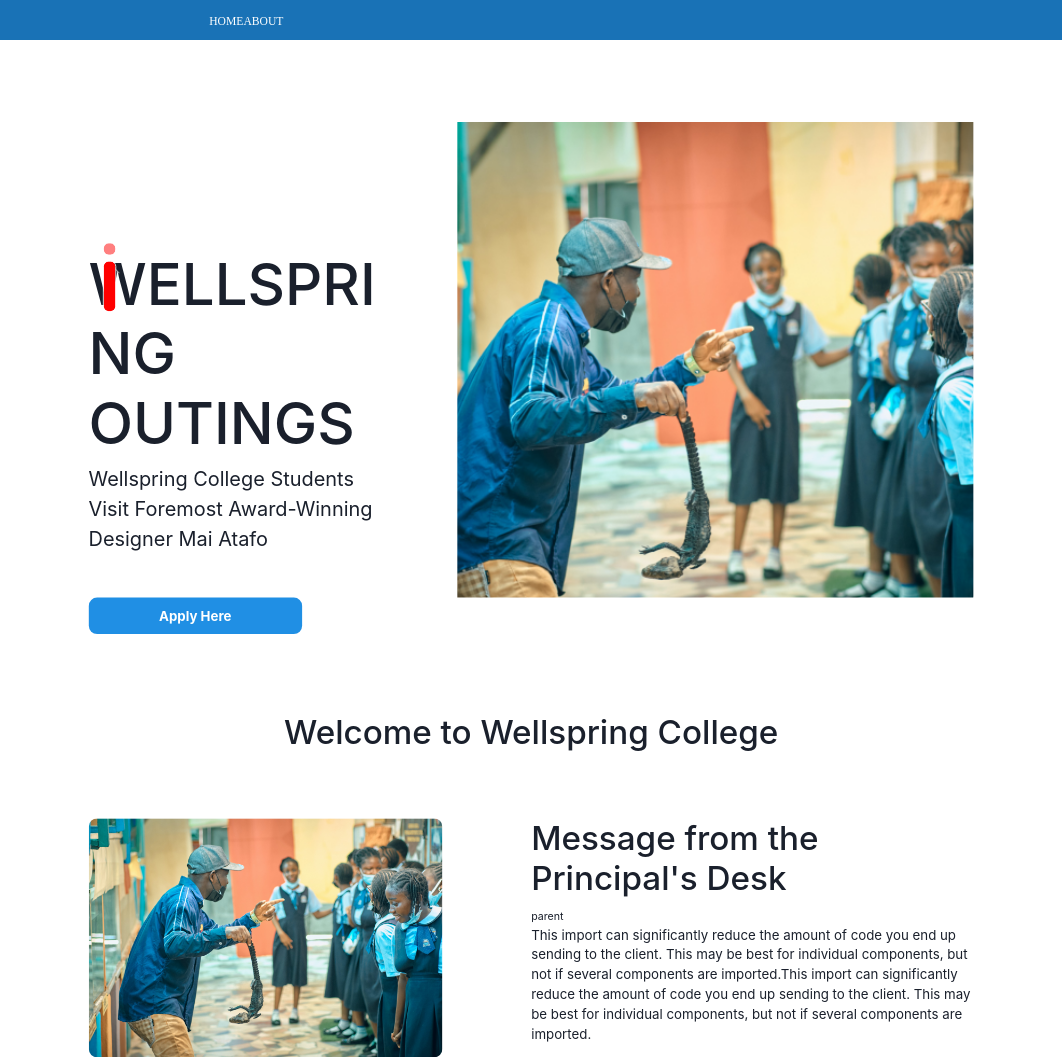
Repository: gr8skills/wellspring-school-forked
Page: /
These files come from the project's save history. The page is drawn as it stood at one moment and after the next save; the edit follows.
The browser window is 1280 px wide. The pictures show the whole page, at 83% of full size.
The project was rebuilt for these pictures with package versions that can differ from the ones it lists, and the page was loaded fresh each time. Also part of the build but not shown: src/components/Navbar/Dropdown.scss, src/components/Navbar/Dropdown.js, src/components/Calendar/Calendar.js, src/components/News/News.js.

Above is the page before, as saved 2022-12-02 00:25:28.

### src/index.css
body {
  /* margin: 0;
  font-family: -apple-system, BlinkMacSystemFont, 'Segoe UI', 'Roboto', 'Oxygen',
    'Ubuntu', 'Cantarell', 'Fira Sans', 'Droid Sans', 'Helvetica Neue',
    sans-serif;
  -webkit-font-smoothing: antialiased;
  -moz-osx-font-smoothing: grayscale; */
}

/* code {
  font-family: source-code-pro, Menlo, Monaco, Consolas, 'Courier New',
    monospace;
} */

### src/App.js
import logo from './logo.svg';
import './App.css';
import { BrowserRouter, Routes, Route, Link, Outlet } from "react-router-dom";
import "bootstrap/dist/css/bootstrap.min.css";

import NavBar from './components/Navbar/Navbar';
import { Home } from './pages/Home/Home';

function App() {
  return (


    <BrowserRouter>
      <NavBar />

      <Routes>
        <Route path="/" element={<Home />} />
        {/* <Route path="users" element={<Users />}>
          <Route path="me" element={<OwnUserProfile />} />
          <Route path=":id" element={<UserProfile />} />
        </Route> */}
      </Routes>
    </BrowserRouter>
  );
}

export default App;

### src/App.css
body{
}

.App {
  text-align: center;
    background-color:black;

}

.App-logo {
  height: 40vmin;
  pointer-events: none;
}

@media (prefers-reduced-motion: no-preference) {
  .App-logo {
    animation: App-logo-spin infinite 20s linear;
  }
}


@keyframes App-logo-spin {
  from {
    transform: rotate(0deg);
  }
  to {
    transform: rotate(360deg);
  }
}

### src/pages/Home/Home.js

import Carousel from "react-bootstrap/Carousel";
import Slider1 from "../../assets/slider1.png";
import Slider2 from "../../assets/slider2.png";
import { Sliders } from "../../components/Sliders/Sliders";
import { Button, ButtonGroup } from "@chakra-ui/react";

import "./_home.scss";
import { AppButton } from "../../components/AppButton/AppButton";
import { Calendar } from "../../components/Calendar/Calendar";
import { News } from "../../components/News/News";
import { AppTab } from "../../components/AppTab/AppTab";
export const Home =()=>{
    return (
      <>
        <div className="home-page-trans col-md-12 flexy">
          <div className="col-md-1">&nbsp;</div>
          <div className="col-md-10">
            {" "}
            <Carousel fade>
              <Carousel.Item>
                <div className="col-md-12 flexy">
                  <div className="col-md-4 slider-label">
                    <h1>Beyond the Classroom</h1>
                    <p>
                      Wellspring College Students Visit Foremost Award-Winning
                      Designer Mai Atafo
                    </p>
                  </div>
                  <div className="col-md-1">&nbsp;</div>
                  <div className="col-md-7">
                    <img
                      className="col-md-12 imgCaro"
                      src={Slider1}
                      alt="Scholar"
                    />
                  </div>
                </div>
              </Carousel.Item>

              <Carousel.Item>
                <div className="col-md-12 flexy">
                  <div className="col-md-4 slider-label">
                    <h1>WELLSPRING OUTINGS</h1>
                    <p>
                      Wellspring College Students Visit Foremost Award-Winning
                      Designer Mai Atafo
                    </p>
                  </div>
                  <div className="col-md-1">&nbsp;</div>

                  <div className="col-md-7">
                    <img
                      className="col-md-12 imgCaro"
                      src={Slider2}
                      alt="Scholar"
                    />
                  </div>
                </div>
              </Carousel.Item>
            </Carousel>
            <AppButton text="Apply Here" />
            {/* <Calendar month="Nov" day="10" year="2022" event="Open Day" time="10:00am-3:00pm"/> */}
            {/* <News date="August 29th, 2022" message="Wellspring College celebrates it's 17th Valedictory Service and Graduation Ceremony" url=""/> */}
            <AppTab />
          </div>
        </div>
        <div className="col-md-12 welcome-message-title">
          <Sliders
            header="Welcome to Wellspring College"
            message="This import can significantly reduce the amount of code you end up sending to the client. This may be best for individual components, but not if several components are imported.This import can significantly reduce the amount of code you end up sending to the client. This may be best for individual components, but not if several components are imported."
            sliderImg={Slider2}
            title="Message from the Principal's Desk"
            speaker="parent"
          />
        </div>
      </>
    );
}

### src/components/Navbar/MenuItems.js
export const navMenus = {
    about: [
        // {title: 'About ' + process.env.REACT_APP_SITE_NAME, path: '/about', cName: 'dropdown-link'},
        // {title: 'Administrator’s Message', path: '/about/administrators-message', cName: 'dropdown-link'},
        // {title: 'Proprietor’s Message', path: '/about/proprietors-message', cName: 'dropdown-link'},
        // {title: 'History of the School', path: '/about/history', cName: 'dropdown-link'},
        // {title: 'Contact Us', path: '/about/contact-us', cName: 'dropdown-link'},
    ]
}

export default navMenus;

### src/components/Navbar/NavBar.module.css


.navCont{
    position: relative;
    /* display: flex; */
    width:25%;
    /* justify-content: space-between; */
    /* margin: 0 auto; */
    /* max-height: 5rem; */
    padding-left:220px;

}

.nav-links{
    font-size:10px !important;
}


.imgCont{
    position: relative;
}

/* .imgContent{
    position: absolute;
    z-index: 1;
    height: 6vw;

} */

/* .btnPortal{
    background-color: #4CA14900;
    color: #fff;
    height: 2.5rem;
    width: 7rem;
    font-size: 18px;
    border-radius: 5px;
    position: relative;
    outline: 0;
    border: 0;
    transition: 1.5s scale linear;
} */

/* .btnPortal:focus{
    outline: 0;
    border: 0;
} */

/* .btnPortal:hover{
    transform: scale(1.02);
    background-color: #4CA149CF;
} */

/* .fIcon{
    width: 30px;
    height: 30px;
    padding: 5px 5px;
    transform: translate(-6px, -1px);
} */

/* @media screen and (max-width: 960px) {
    .navCont{
        position: relative;
        display: flex;
        width: 100%;
        justify-content: space-between;
        margin: 0 auto;
        max-height: 5rem;

    }

    .imgContent{
        position: absolute;
        z-index: 1;
        height: 16vw;

    }

}


 */

### src/components/Navbar/_navbar.scss
@import "../../variables";





.navContainer{
    background:$themecolor;
    min-height: 3rem;
    position: fixed;
    z-index: 1;
    right: 0;
    width: 100%;
    top: 0;
}


.nav-list{
    display: flex;
    max-width: 70%;
    width: 70%;
    justify-content: space-between;
    list-style: none;
    color: #fff;
    font-family: monserat;
    transform: translateY(54%);
    margin: 0 !important;
}

.nav-list li{
    line-height: 25px;
    text-align: center;
    margin: 0;
    font-size: 14px;

}

/* .nav-list li a{
    color: #fff;
} */


.nav-item {
    height: auto;
    justify-content: center;
    display: flex;
}

.menu-icon{
    display: none;
}




.nav-links {
    color: #fff;
    display: flex;
    align-items: center;
    text-decoration: none;
    height: 100%;
    transition: all 0.2s ease-out;

}

.nav-links:hover {
    background-color: #fff;
    text-decoration: none;
    // padding:5px;
    color:$themecolor;
}


@media screen and (max-width: 600px) {
    .ph{
        display: none;
    }

@media screen and (max-width: 960px) {
    .nav-list{
        display: none;
    }
}

    .menu-icon{
        display: block;
    }

    .nav-list{
        display: flex;
        flex-direction: column;
        position: absolute;
        height: 42rem;
        width: 100%;
        max-width: 100% !important;
        top: 48px;
        transform: translateY(4%);
        /* z-index: 999; */
        opacity: 1;
        right: -100%;
        transition: all .5s linear;
    background-color: #4CA149;

    }
.mainMenu li a{
    line-height:20px !important;

}
    .nav-list.active{
        transition: all 0.3s ease-out;
        visibility: visible;
        transition: all .5s linear;
        right: 0;
        /* z-index: 1; */
    }

    .nav-list.active li {
        font-size: 4vw;
        position: relative;
        margin: 30px 0;
    }


    .fa-times{
        position: relative;
        float: right;
        width: 100%;
    }

    .fa-times, .fa-bars{
        font-size: 40px;
        color: #feed00;
        transition: all 1.5ms linear;
        transform: translate(-29px, 17px);

    }
.nav-links{
    display:none;
}
}




@media screen and (min-width: 960px) {
    .wrapper{
        display:none;
    }
}



/*for sidenav*/




.ph:hover{
    background-color:rgb(255, 165, 0) !important;
    opacity:1 !important
}
.wrapper{
    position: absolute;
    top: 50%;
    left: 50%;
    transform: translate(-50%, -50%);

}
.mainMenu{
    width: 250px;
    display: block;
    border-radius: 10px;
    overflow: hidden;
}
.mainMenu a{
  font-size:20px !important;
  font-weight:bold !important;
      font-family: monserat;
      /* margin-bottom:-20px; */
}
.item{
    border-top: 1px solid orange;
    overflow: hidden;
margin: top 0;
line-height: 20px !important;
}
.btn{
    display: block;
    padding: 15px 20px;
    color: #fff;
    position: relative;
    padding-left:5px !important;
    /* text-align:left !important; */

}
.btn:before{
    content: '';
    position: absolute;
    width: 0;
    height: 0;
    border-left: 8px solid transparent;
    border-right:8px solid transparent;
    /* border-top:10px solid rgba(0,128,0,0.9); */
    right: 15px;
    bottom: -10px;
    z-index: 9;

}
.btn i {
    margin-right: 7px;
    margin-left: -5px;
    font-size: 13px;
}
.subMenu{
    /* background:#A3DA8D !important; */
      overflow: hidden;
        /* background:rgba(78,161,73, 0.1)!important; */
        background:rgba(178,161,173, 0.1)!important;

    transition: max-height 0.7s;
max-height: 0;
z-index:300000000 !important;
position:relative !important;

}
.subMenu a{
    display: block;
    /* padding: 5px 10px !important; */
    color: #fff !important;
    font-size: 14px !important;
    border-bottom: 1px solid #394c7f;
    position: relative;
    margin-top:5px !important;


}
.subMenu a:before{
    content: '';
    opacity: 0;
    transition: opacity 0.3s;

}
.subMenu a:hover:before{
    content: '';
    position: absolute;
    height: 0;
    width: 6px;
    left: 0;
    top:0;
    opacity: 1;
    /* background-color: #d8d824; */
    border-top: 24px solid transparent;
    border-left: 11px solid #ffffff;
    border-bottom: 24px solid transparent;
}
.subMenu a:after{
    content: '';
    opacity: 0;
    transition: opacity 0.3s;

}
.subMenu a:hover:after{
    content: '';
    position: absolute;
    height: 0;
    width: 6px;
    right: 0px;
    top:0;
    opacity: 1;
    /* background-color: #d8d824; */
    border-top: 24px solid transparent;
    border-right: 11px solid #ffffff;
    border-bottom: 24px solid transparent;
}
.subMenu a:hover{
   background-color:orange;
    transition: all 0.3s;
    border-bottom: 2px solid #394c7f;
}
.subMenu a:last-child{
    border:none;
}
.item:target .subMenu{
    max-height: 300px;
        /* transition: max-height 0.7s !important; */

}

.login{
  background-color:#ED2f59;
  padding:5px 14px 5px 14px !important;
  border-radius:5px;
margin-right:55px;
margin-left:30px;
font-family: 'Poppins', sans-serif;

  }



.portal{
  background-color:rgb(221, 156, 35);
  /* padding:7px; */
  width:120px;
  margin-left:50px;
  border-radius:5px;
 padding:7px !important;
 font-size:5px !important;
 color:white !important;
    /* padding-bottom:6px !important; */
  margin-top:20px !important;
   font-size:11px !important;
      text-decoration: none;

  }

  .portal a{

  }

### src/components/Sliders/Sliders.js
import './_sliders.scss'

export const Sliders=(props)=>{
    return (
      <>
        <div className="col-md-12 slider-header">
          <h1>{props.header}</h1>
        </div>
        <div className="col-md-12 flexy slider-container">
          <div className="col-md-1">&nbsp;</div>
          <div className="col-md-4">
            <img
              className="col-md-12 imgCaro"
              src={props.sliderImg}
              alt="Scholar"
            />
          </div>
          <div className="col-md-1">&nbsp;</div>
          <div className="col-md-5">
            <h1>{props.title}</h1>
            <small>{props.speaker}</small>
            <p>{props.message}</p>
          </div>
        </div>
      </>
    );
}

### src/pages/Home/_home.scss
@import "../../variables";
@import "../../shared-styles";



.home-page-trans{
    img{
            margin-top:147px;
            height:100% !important;

    }
    .slider-label{
        margin-top:300px;
        h1{
                    font-size:70px;

        }
        p{
            font-size:24px;
        }
    }
    .carousel {
    position: relative;
    z-index: 0;

}
.carousel-inner {
    position: relative;
    width: 100%;
    overflow: hidden;
    height: 100vh;
}

.imgCaro{
    width: 100%;
    height: 100%;
    object-fit: cover;
}

.carousel-indicators > button.active {
    opacity: 1;
    max-width: 14px !important;
    max-height:60px  !important;
    min-width: 14px !important;
    min-height:60px  !important;
    background-color: red !important;
    border-color: #fff !important;
    outline: none;
    border: none;
    border-radius: 7px !important;

}

.carousel-indicators button{
    max-width: 14px !important;
    max-height: 14px !important;
    min-width: 14px !important;
    min-height: 14px !important;
    margin: 3px 5px !important;
    border-radius: 7px !important;
    background-color: red!important;
    border: 1px solid #fff !important;
    transition: all .5s linear ;

}

.carousel-indicators button:focus{
        outline:0;
        border-color: #4287BD;
}
.carousel-indicators  {
    position: absolute;
    right: 0;
    bottom: 10px;
    left: 0;
    z-index: 15;
    display: flex;
    flex-direction: column;
    height: 100%;
    justify-content: center;
    padding-left: 0;
    margin-right: 0;
    margin-left: 1vw;
    list-style: none;
    outline: none;
    border: none;
}

.carousel-control-next {
    left: 1vw;
    transform: rotate(-91deg);
    position: absolute;
    margin-top: 15% !important;
    justify-content: right !important;
    height: 10px;
    width: 18px !important;
    font-size: 50px;

}
.carousel-control-prev {
    left: 1.5vw;
    transform: rotate(91deg) !important;
    position: absolute;
    margin-top: 30% !important;
    justify-content: right !important;
    height: 10px;
    font-size: 50px;
    width: 20px !important;
}
// .carousel-control-prev::after{
//     content: url('../../assets/DownArrows.svg');
//     background-color: red;
//     font-size: 54px;
//     z-index: 100;
//     right: 0;
//     width: 20px;
//     height: 80px;
// }
// .carousel-control-next::after{
//     content: url('../../assets/DownArrows.svg');
//     background-color: red !important;
//     font-size: 54px;
//     z-index: 1000000000000000000000000000;
//     position:relative;
//     right: 0;
//     width: 20px;
//     height: 80px;
// }
}

### src/components/AppButton/AppButton.js
import { Button, ButtonGroup } from "@chakra-ui/react";
import "./_app-button.scss";
export const AppButton =(props)=>{
    return (
      <button className="app-button">
        {props.text}
      </button>
    );
}

### src/components/AppTab/AppTab.js
import { Tabs, TabList, TabPanels, Tab, TabPanel } from "@chakra-ui/react";

import "./_app-tab.scss";

export const AppTab = () => {
  return (
    <>
      <div className="row">
        <div className="col-md-12 flexy">
          <div className="col-md-2">&nbsp;</div>
          <div className="col-md-8"></div>
        </div>
      </div>
    </>
  );
};

### src/_variables.scss
$themecolor:#1972B6;
$themecolor2:rgb(32,143,228);

### src/components/Sliders/_sliders.scss
@import "../../variables";
@import "../../shared-styles";


.slider-header{
    text-align: center;
    margin-top:70px;
    margin-bottom:80px;
    font-size:50px;
}
.slider-container{
    img{
         position: relative;
    width: 100%;
    overflow: hidden;
    height: 40vh;
    border-radius:10px;;
            object-fit: cover;

    }
}

### src/_shared-styles.scss
@media screen and (max-width:620px){
    .flexyM{
        display:flex;
    }
}@media screen and (min-width:620px){
    .flexy{
        display:flex;
    }
}

### src/components/AppButton/_app-button.scss
@import "../../shared-styles";
@import "./overides";
@import "../../variables";

.app-button{
    background-color:$themecolor2;
    color:white;
    padding:10px 85px;
    font-weight:bold;
    border-radius:10px;
}

### src/components/Calendar/_calendar.scss
@import "../../shared-styles";
@import "../../variables";



.calendar-container{
    .calendar-box{
background-color:$themecolor2;
height:100px;
width:110px;
border-radius: 10px;
color:#fff;
    text-align: center;
    padding:10px 0;

    }
    p{
        color:grey;
    }
    .calendar-day{
        font-size:35px;
    }
    .calendar-description{
        font-size:25px;
    }
}

### src/components/News/_news.scss
@import "../../shared-styles";
@import "../../variables";
.news-container{
    .news-img{
                margin-bottom:200px;

    }
    img{
        width:100%;
        border-radius: 10px;


    }
    .news-description{
        margin-top:200px;
        margin-left:30px;
        h6{
            color:grey;
        }
    }
    .read-more-link{
        color:$themecolor;
        margin-top:50px;
    }
}

### src/components/AppTab/_app-tab.scss
@import "../../shared-styles";
@import "./overides";
@import "../../variables";

### src/components/AppButton/_overides.scss
@import "../../variables";



.css-jut409{
    background-color:$themecolor;
    padding:140px !important;
}

Loaded but not shown: public/index.html (common file); src/index.js (common file); src/reportWebVitals.js (common file); src/components/Navbar/Navbar.js (300 lines, source omitted); src/components/AppTab/_overides.scss (no stored copy; drawn as an empty file)

After the next save:
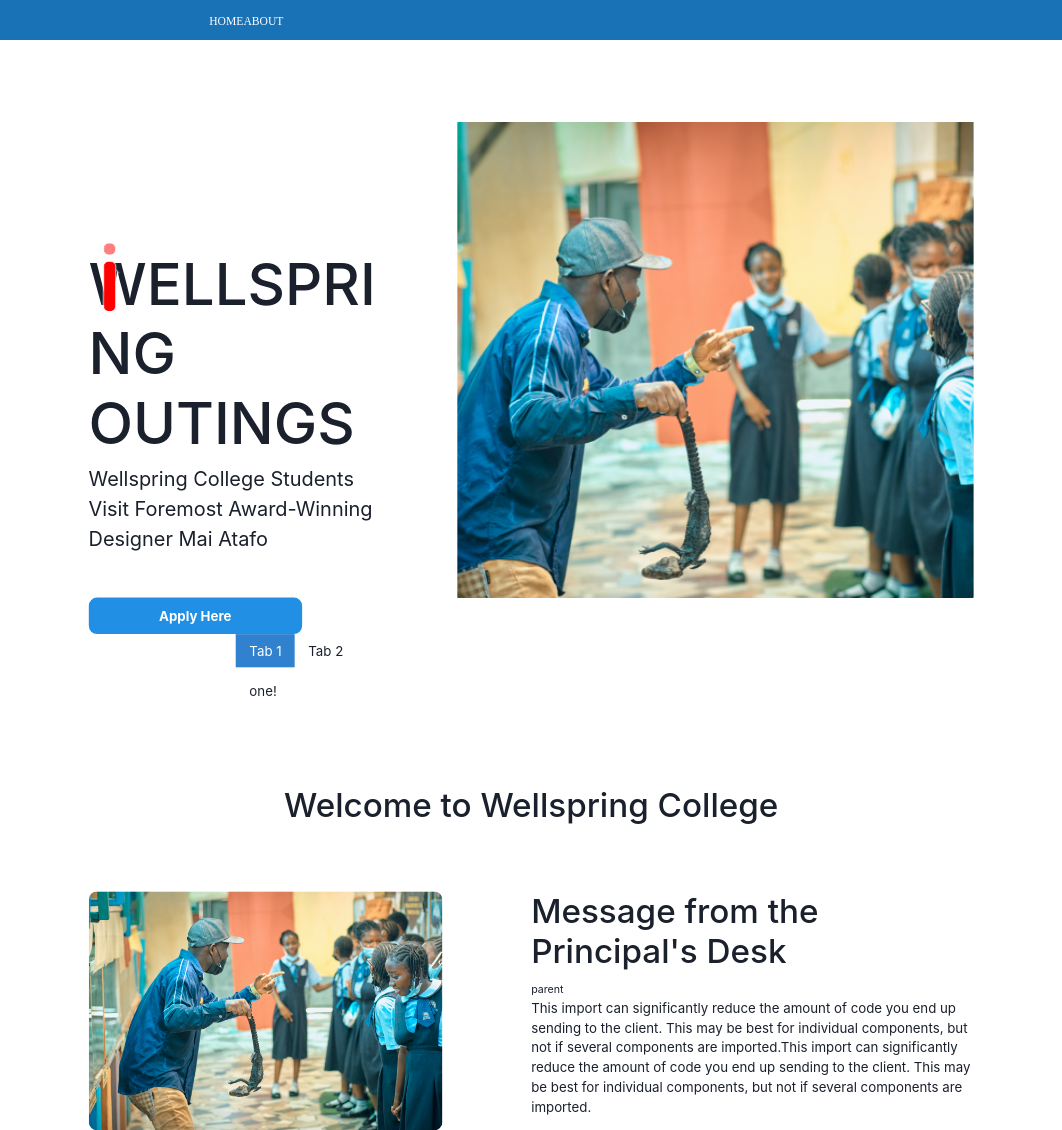
Saved 3 min 10 s later.
--- a/src/components/AppTab/AppTab.js
+++ b/src/components/AppTab/AppTab.js
@@ -8,7 +8,22 @@
       <div className="row">
         <div className="col-md-12 flexy">
           <div className="col-md-2">&nbsp;</div>
-          <div className="col-md-8"></div>
+          <div className="col-md-8">
+            <Tabs variant="unstyled">
+              <TabList>
+                <Tab _selected={{ color: "white", bg: "blue.500" }}>Tab 1</Tab>
+                <Tab _selected={{ color: "white", bg: "green.400" }}>Tab 2</Tab>
+              </TabList>
+              <TabPanels>
+                <TabPanel>
+                  <p>one!</p>
+                </TabPanel>
+                <TabPanel>
+                  <p>two!</p>
+                </TabPanel>
+              </TabPanels>
+            </Tabs>
+          </div>
         </div>
       </div>
     </>
